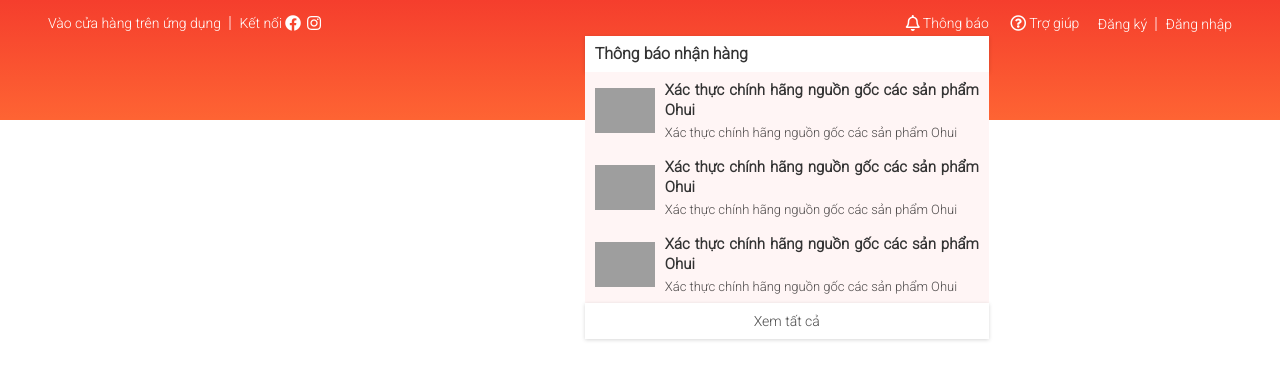
Repository: kebinh1235/Shopee-Demo
Page: index.html
An editor plug-in stored every save of this project. The page is shown before and after the next save, followed by the edit.
The browser window is 1280 px wide. The pictures show the whole page.
Pictures or frames that could not be fetched are drawn as grey boxes.

Above is the page before, as saved 2021-10-01 00:11:27.

### index.html
<!DOCTYPE html>
<html lang="en">
<head>
  <meta charset="UTF-8">
  <meta http-equiv="X-UA-Compatible" content="IE=edge">
  <meta name="viewport" content="width=device-width, initial-scale=1.0">
  <title>F8 Shop</title>
  <link rel="stylesheet" href="./asset/css/main.css">
  <link rel="stylesheet" href="./asset/css/base.css">
  <link rel="stylesheet" href="https://cdnjs.cloudflare.com/ajax/libs/font-awesome/5.15.4/css/all.min.css">
</head>
<body>
  <div class="app">
    <header class="header">
      <div class="grid">
        <nav class="header__navbar">
          <ul class="header__navbar-list">
            <li class="header__navbar-item header__item-separator">
              Vào cửa hàng trên ứng dụng
              <div class="header__navbar-QRCode">
                  <div class="header__navbar-QRCode-img">
                    <img src="https://upload.wikimedia.org/wikipedia/commons/thumb/d/d0/QR_code_for_mobile_English_Wikipedia.svg/1200px-QR_code_for_mobile_English_Wikipedia.svg.png" alt="">
                  </div>
                  <div class="header__navbar-QRCode-social">
                    <a class="header__navbar-QRCode-link" href="#">
                      <i class="fab fa-google header__navbar-QRCode-icon-google"></i>
                      <span class="header__navbar-QRCode-title-google">Google</span>
                    </a>
                    <a class="header__navbar-QRCode-link" href="#">
                      <i class="fab fa-facebook header__navbar-QRCode-icon-facebook"></i>
                      <span class="header__navbar-QRCode-title-facebook">Facebook</span>
                    </a>
                  </div>
              </div>
            </li>
            <li class="header__navbar-item">
              <span class="user__select-none">Kết nối</span>
              <a class="header__navbar-link-icon" href="#">
                <i class="fab fa-facebook header__navbar-icon"></i>
              </a>
              <a class="header__navbar-link-icon" href="#">
                <i class="fab fa-instagram header__navbar-icon"></i>
              </a>
            </li>
          </ul>
          <ul class="header__navbar-list">
            <li class="header__navbar-item">
              <a href="#" class="header__navbar-link">
                <i class="far fa-bell header__navbar-icon"></i>
                Thông báo
              </a>
              <div class="header__navbar-notification">
                  <div class="header__navbar-noti-heading">
                    <h3>Thông báo nhận hàng</h3>
                  </div>
                  <ul class="header__navbar-noti-list">
                    <li class="header__navbar-noti-list-item">
                        <a class="header__navbar-noti-list-link" href="#">
                          <img src="https://www.oberlo.com/media/1603958036-new-products.jpg" alt="">
                          <div class="header_navbar-noti-content">
                            <p class="header_navbar-noti-name">Xác thực chính hãng nguồn gốc các sản phẩm Ohui</p>
                            <p class="header_navbar-noti-description">Xác thực chính hãng nguồn gốc các sản phẩm Ohui</p>
                          </div>
                        </a>
                     </li>
                     <li class="header__navbar-noti-list-item">
                      <a class="header__navbar-noti-list-link" href="#">
                        <img src="https://www.oberlo.com/media/1603958036-new-products.jpg" alt="">
                        <div class="header_navbar-noti-content">
                          <p class="header_navbar-noti-name">Xác thực chính hãng nguồn gốc các sản phẩm Ohui</p>
                          <p class="header_navbar-noti-description">Xác thực chính hãng nguồn gốc các sản phẩm Ohui</p>
                        </div>
                      </a>
                   </li>
                   <li class="header__navbar-noti-list-item">
                    <a class="header__navbar-noti-list-link" href="#">
                      <img src="https://www.oberlo.com/media/1603958036-new-products.jpg" alt="">
                      <div class="header_navbar-noti-content">
                        <p class="header_navbar-noti-name">Xác thực chính hãng nguồn gốc các sản phẩm Ohui</p>
                        <p class="header_navbar-noti-description">Xác thực chính hãng nguồn gốc các sản phẩm Ohui</p>
                      </div>
                    </a>
                 </li>
                  </ul>
                  <div class="header__navbar-noti-footer">
                      <a class="header__navbar-noti-footer-link" href="#">Xem tất cả</a>
                  </div>
              </div>
            </li>
            <li class="header__navbar-item">
              <a href="#" class="header__navbar-link">
                <i class="far fa-question-circle header__navbar-icon"></i>
                Trợ giúp
              </a>
            </li>
            <li class="header__navbar-item">
              <a href="#" class="header__navbar-link header__item-bold header__item-separator">Đăng ký</a>
            </li>
            <li class="header__navbar-item">
              <a href="#" class="header__navbar-link header__item-bold">Đăng nhập</a>
            </li>
          </ul>
        </nav>
      </div>
    </header>
  </div>
</body>
</html>

### asset/css/main.css
.header {
  height: 120px;
  background: linear-gradient(0, #fe6433, #f53e2d)
}
.header__navbar {
  display: flex;
  justify-content: space-between;
  padding: 10px 0;
}
.header__navbar-QRCode{
  background: white;
  height: 200px;
  position: absolute;
  top: 30px;
  padding: 10px;
  display: none;
  animation: fadeIn ease-out .8s;
}
.header__navbar-item:hover .header__navbar-QRCode {
  display: block;
}
.header__navbar-QRCode-img{
  width: 160px;
}
.header__navbar-QRCode-img img {
  width: 100%;
}
.header__navbar-QRCode-social {
  display: flex;
  align-items: center;
  justify-content: space-between;
}
.header__navbar-QRCode-social:before {
  content: '';
  position: absolute;
  top: -8px;
  left: 0;
  width: 100%;
  height: 10px;
  background: transparent;
}
.header__navbar-QRCode-link {
  font-size: 1.4rem;
  color: var(--text-color);
}
.header__navbar-QRCode-title-google:hover {
  color: #ff1100;
  transition: var(--transition-primary);
}
.header__navbar-QRCode-title-facebook:hover {
  color: blue;
  transition: var(--transition-primary);
}
.header__navbar-QRCode-icon-google {
  color: #ff1100;
}
.header__navbar-QRCode-icon-facebook {
  color: blue;
}
.header__navbar-list {
  list-style: none;
}
.header__navbar-item {
  margin: 0 8px;
  position: relative;
  min-height: 26px;
}
.header__item-separator::after {
  content: '';
  position: absolute;
  right: -10px;
  top: 50%;
  transform: translateY(-50%);
  height: 12px;
  border: 1px solid #FB9086;
}
.header__navbar-item,
.header__navbar-link {
  display: inline-block;
  font-size: 1.4rem;
  color: var(--white-color);
  text-decoration: none;
  font-weight: 300;
}
.header__navbar-item:hover,
.header__navbar-link:hover,
.header__navbar-link-icon:hover {
  cursor: pointer;
  color: rgba(255, 255, 255, 0.7);
}
.header__navbar-item,
.header__navbar-link,
.header__navbar-link-icon {
  display: inline-flex;
  align-items: center;
}
.header__navbar-link-icon {
  color: var(--white-color);
}
.header__navbar-icon {
  font-size: 1.6rem;
  margin: 0 3px;
}
.header__item-bold {
  font-weight: 500;
}
.user__select-none {
  cursor: text;
  color: var(--white-color);
}
.header__navbar-notification{
  position: absolute;
  top: 100%;
  right: 0;
  width: 404px;
  background: var(--white-color);
}
.header__navbar-noti-heading{
  padding: 10px;
  box-shadow: rgba(0, 0, 0, 0.16) 0px 1px 4px;
}
.header__navbar-noti-heading h3 {
  font-size: 1.6rem;
  color: var(--text-color);
}
.header__navbar-noti-list{
  list-style: none;
}
.header__navbar-noti-list-item{
  padding: 8px 10px;
  background: #fff5f5;
}
.header__navbar-noti-list-item:hover{
  background: #f3c8c8;
  transition: var(--transition-primary);
}
.header__navbar-noti-list-link{
  display: inline-flex;
  align-items: center;
}
.header__navbar-noti-list-link img{
  width: 60px;
  object-fit: contain;
}
.header_navbar-noti-content{
  padding-left: 10px;
}
.header_navbar-noti-name{
  font-size: 1.5rem;
  font-weight: bold;
  color: var(--text-color);
  margin-bottom: 5px;
  line-height: 2rem;
  text-align: justify;
}
.header_navbar-noti-description{
  font-size: 1.3rem;
  color: var(--text-color-rgb-black);
}
.header__navbar-noti-footer{
  padding: 10px;
  text-align: center;
  box-shadow: rgba(0, 0, 0, 0.16) 0px 1px 4px;
}
.header__navbar-noti-footer-link{
  color: var(--text-color-rgb-black);
}

### asset/css/base.css
@import url('https://fonts.googleapis.com/css2?family=Roboto:wght@300&display=swap');
:root {
  --white-color: #fff;
  --black-color: #000;
  --text-color: #333;
  --text-color-rgb-black: rgba(0, 0, 0, 0.7);
  --transition-primary: all .2s linear;
}

* {
  margin: 0;
  padding: 0;
  box-sizing: inherit;
  text-decoration: none;
}

html {
  font-size: 62.5%;
  line-height: 1.6rem;
  border: none;
  outline: none;
  overflow: hidden;
  box-sizing: border-box;
  font-family: 'Roboto', sans-serif;
}

.grid {
  width: 1200px;
  max-width: 100%;
  margin: 0 auto;
}

.grid__full-width {
  width: 100%;
}

.grid__row {
  display: flex;
  flex-wrap: wrap;
}

/*Animation*/
@keyframes fadeIn {
  0% {
    opacity: 0;
  }
  100% {
    opacity: 1;
  }
}

After the next save:
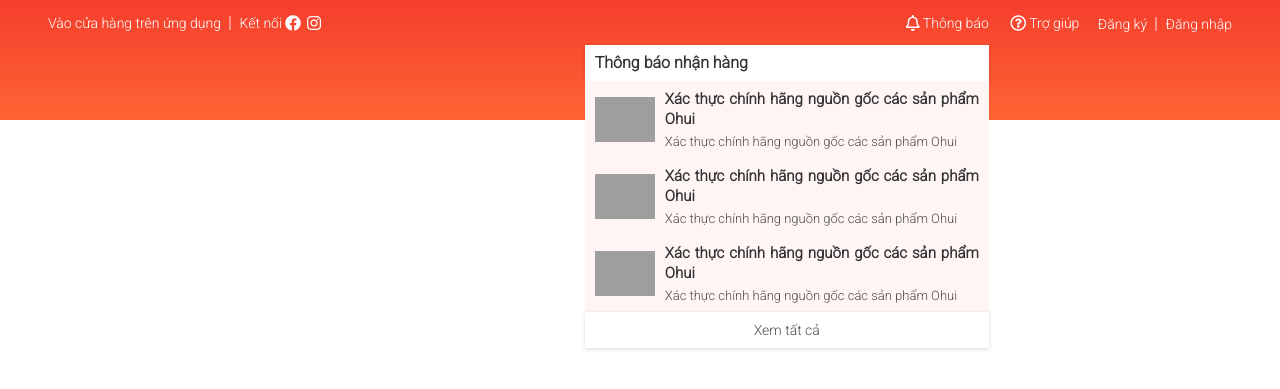
Saved 4 min 19 s later.
--- a/asset/css/main.css
+++ b/asset/css/main.css
@@ -110,10 +110,18 @@
 }
 .header__navbar-notification{
   position: absolute;
-  top: 100%;
+  top: 35px;
   right: 0;
   width: 404px;
   background: var(--white-color);
+}
+.header__navbar-notification:before {
+  position: absolute;
+  border: transparent transparent red transparent transparent;
+  top: 0;
+  right: 0;
+  width: 30px;
+  height: 30px;
 }
 .header__navbar-noti-heading{
   padding: 10px;
